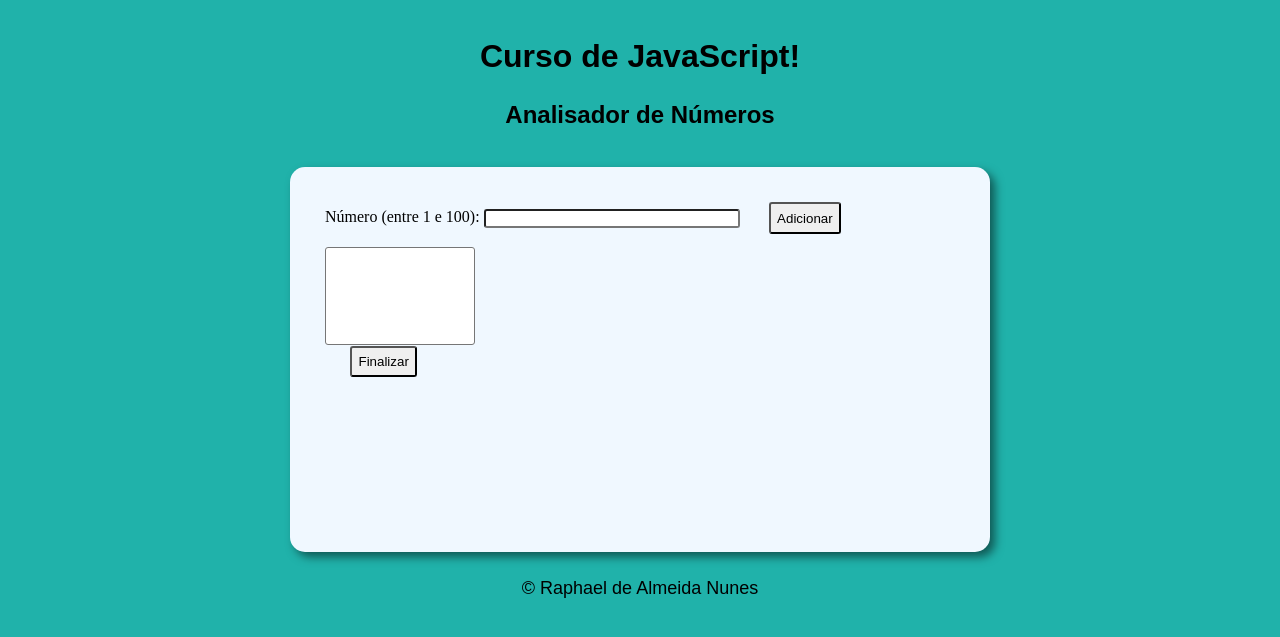
Repository: raphaanunes/codigos
Page: Cursos JavaScript/exercício/analisador de números/analisador.html
These files come from the project's save history. The page is drawn as it stood at one moment and after the next save; the edit follows.
The browser window is 1280 px wide. The pictures show the whole page.

Above is the page before, as saved 2024-08-11 14:24:55.

### Cursos JavaScript/exercício/analisador de números/analisador.html
<!DOCTYPE html>
<html lang="pt-BR">

<head>
    <meta charset="UTF-8">
    <meta name="viewport" content="width=device-width, initial-scale=1.0">
    <title> Analisador de Números </title>

    <link rel="stylesheet" href="analisador.css">


</head>

<body>
    <h1> Curso de JavaScript!</h1>
    <h2> Analisador de Números </h2>

    <section> <!-- aqui comeca a section -->


        <div>

            Número (entre 1 e 100):
            <input type="number" name="fnum" id="fnum">
            <input type="button" id="botao" value="Adicionar" onclick="adicionar()">
            <br><select name="flista" id="flista" size="6"></select>
            <br><input type="button" id="botao" value="Finalizar">

        </div>
        <div id="res">

        </div>
    </section><!-- aqui termina o section -->

    <footer>
        <p> &copy; Raphael de Almeida Nunes </p>
    </footer>
    <script src="analisador.js"></script>
</body>

</html>

### Cursos JavaScript/exercício/analisador de números/analisador.css
@charset "UTF-8";
/* geral */
* {
    padding: 0;
    margin: 0;
}
body {
    background-color: lightseagreen;
    color: black;
}

/* seção  */
section{

    background-color: aliceblue;
    width: 700px;
    height: 10%;
    margin-left: auto;
    margin-right: auto;
    margin-top: 3%;
    border-radius: 15px;
    padding: 0% 0% 5% 0%;
    box-shadow: 5px 5px 10px rgba(0, 0, 0, 0.5);

}
h1 {
    font-family: sans-serif;
    font-size: xx-large;
    text-align: center;
    margin-top: 3%;
    color: black;
}

h2 {
    font-family: sans-serif;
    font-size: x-large;
    text-align: center;
    margin: 2%;
    color: black;
}

p{
    font-family: sans-serif;
    font-size: large;
}

    /* input */

    input{
        width: 40%;
        margin-bottom: 1%;
        border-radius: 3px;
    }

    /* botao*/

input#botao{
        padding: 1%;
        width:fit-content;
        margin-left: 4%;
        border-radius: 3px;
    }

div{
    padding: 5%;
    align-items: center;
    justify-content: center;
}

/* rodape */

footer{
    font-family: 'Franklin Gothic Medium', 'Arial Narrow', Arial, sans-serif;
    text-align: center;
    padding: 1%;
    color: black;

    width: 25%;
    margin-left: auto;
    margin-right:auto ;
    margin-top: 1%;
    border-radius: 15px;
}

select#flista{
    width: 150px;
    margin-left: auto;
    margin-right:auto ;
    margin-top: 1%;
    border-radius: 3px;
}

### Cursos JavaScript/exercício/analisador de números/analisador.js
let num = document.querySelector('input#fnum');
let lista = document.querySelector('select#flista');
let res = document.querySelector('div#res');
let valores = []


function isNumero(n){
    if(Number(n) >= 1 && Number(n) <= 100){
        return true
    } else {
        return false
    }
}

function inLista(n, l){
    if (l.indexOf(Number(n)) != -1){
        return true
    } else {
        return false
    }
}


function adicionar(){
    if(isNumero(num.value) && !inLista(num.value, valores)) {
    } else {
        window.alert('Valor inválido ou já encontrado na lista')
    }
}

After the next save:
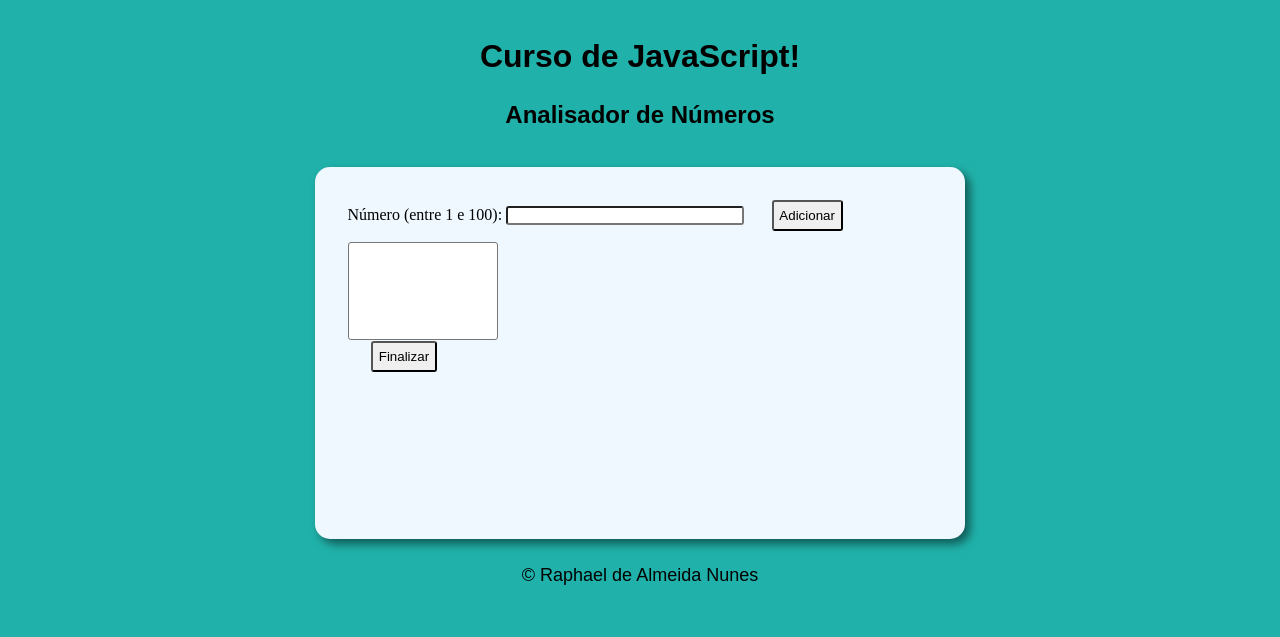
Saved 4 s later.
--- a/Cursos JavaScript/exercício/analisador de números/analisador.css
+++ b/Cursos JavaScript/exercício/analisador de números/analisador.css
@@ -13,7 +13,7 @@ body {
 section{
 
     background-color: aliceblue;
-    width: 700px;
+    width: 650px;
     height: 10%;
     margin-left: auto;
     margin-right: auto;
